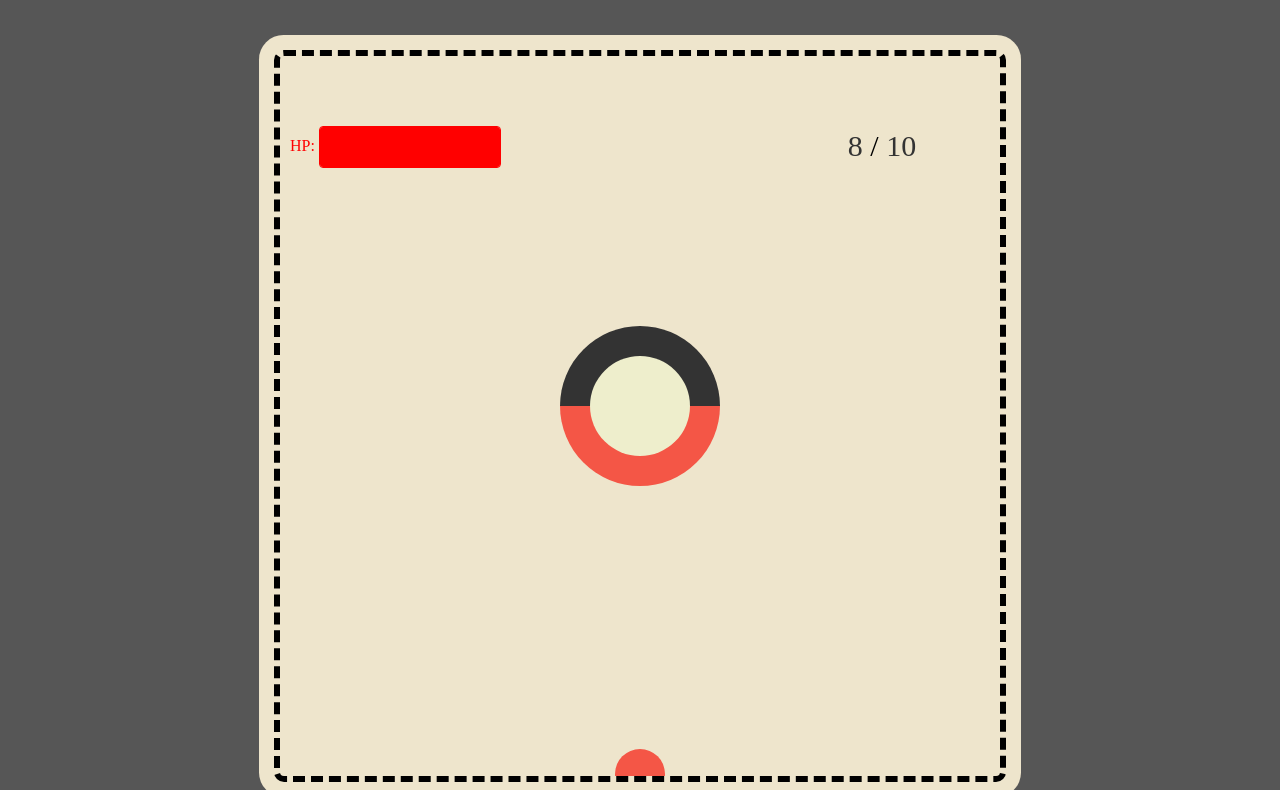
Repository: EEETA/ball-game
Page: theBall2/index.html
An editor plug-in stored every save of this project. The page is shown before and after the next save, followed by the edit.
The browser window is 1280 px wide. The pictures show the whole page.
After loading, the first visible `button.start` was clicked once.

Above is the page before, as saved 2018-07-29 17:02:34.

After the next save:
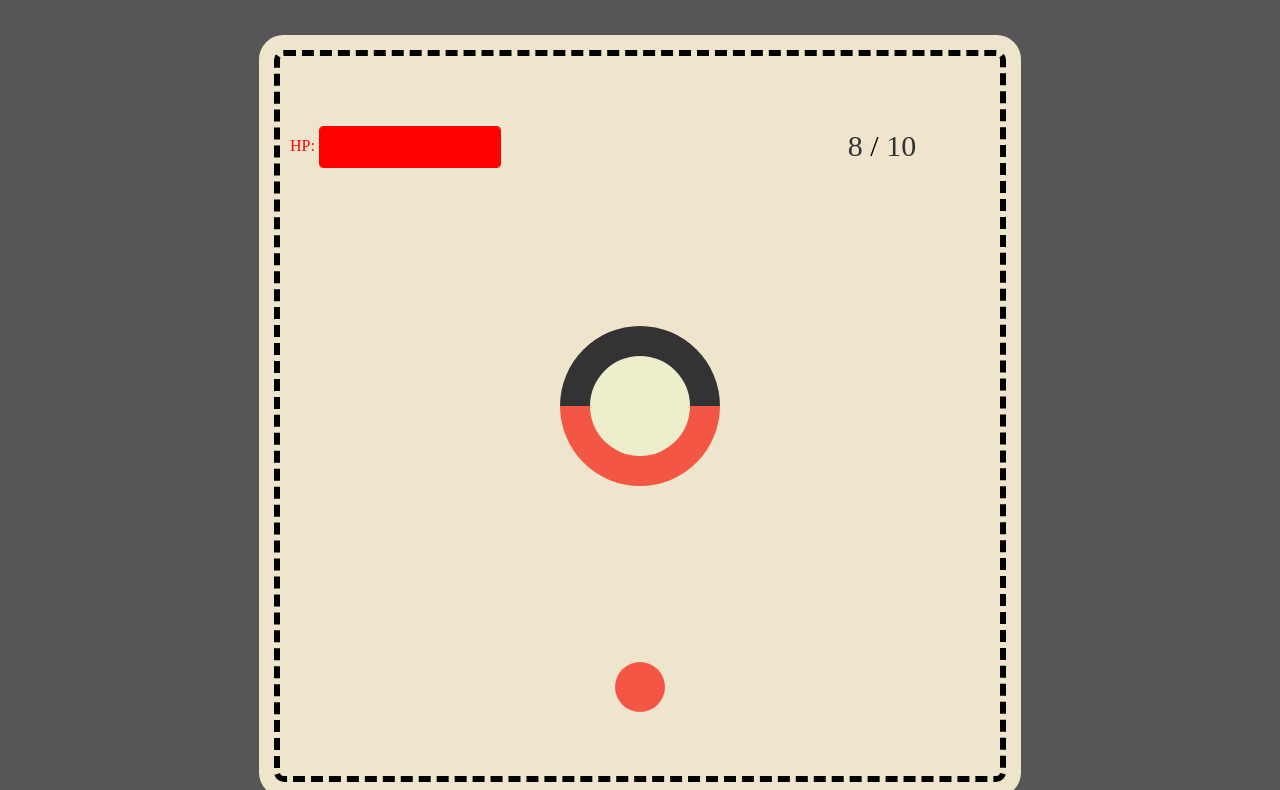
Saved 93 s later.
--- a/theBall2/js/index.js
+++ b/theBall2/js/index.js
@@ -103,7 +103,7 @@ function initInfo(numberMode){
 }
 
 function ball(numberMode){
-    setTimeout(function(){
+    // setTimeout(function(){
 		box_animation(gameW,gameH,500);
    		$('.game_fraction').fadeIn(500);
      	$('.ball').animate({top:'210px'},500,function(){
@@ -111,21 +111,22 @@ function ball(numberMode){
             if(numberMode!=2){
             	$(this).rotate({animateTo:-180,duration:600});
             	numList=-180;
-            }else if(numberMode==2&&switch_2==0){
-            	if(switch_3){
-        			rotate_transition(".ball",".ball2");
-            		appendball('.div_middle');
-            		switch_2=1;
-            	}else{
-                    Mask();
-                    rotate_transition(".ball",".ball2");
-            	}
             }
+            // else if(numberMode==2&&switch_2==0){
+            // 	if(switch_3){
+        	// 		rotate_transition(".ball",".ball2");
+            // 		appendball('.div_middle');
+            // 		switch_2=1;
+            // 	}else{
+            //         Mask();
+            //         rotate_transition(".ball",".ball2");
+            // 	}
+            // }
         	setTimeout(function(){
         		appendball(numberMode);
         	},600)
     	})
-	},ttSet)
+	// },ttSet)
 }
 
 /*关卡设置*/
